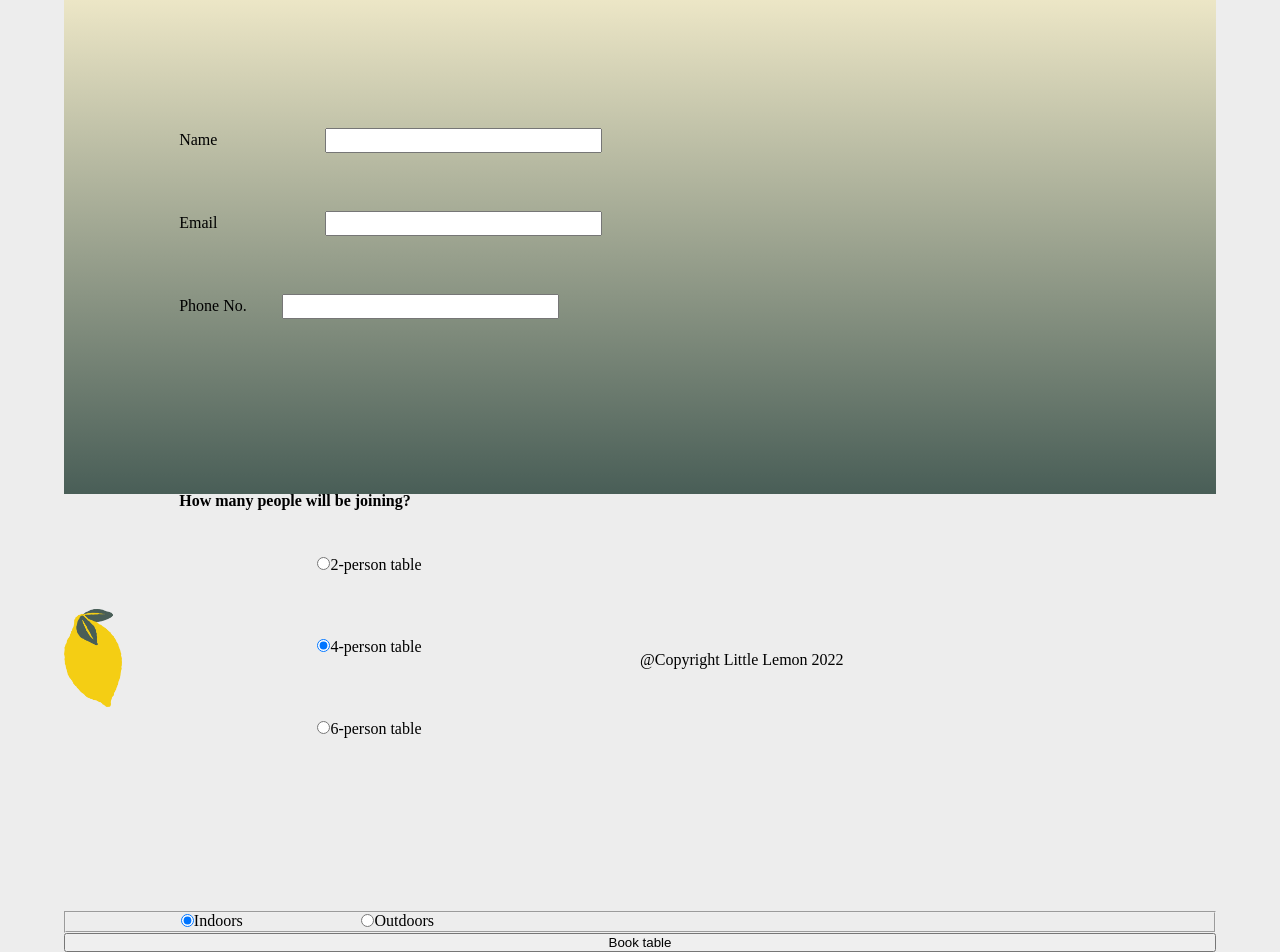
Repository: klone007/littleLemon
Page: index.html
An editor plug-in stored every save of this project. The page is shown before and after the next save, followed by the edit.
The browser window is 1280 px wide. The pictures show the part of the page from y = 3473 to 4425 px (the page is 4425 px tall).
A picture or video elsewhere on the page could not be fetched, so the positions and the page height are approximate. Backgrounds fixed to the window are drawn as part of the page.

Above is the page before, as saved 2022-11-17 13:24:15.

After the next save:
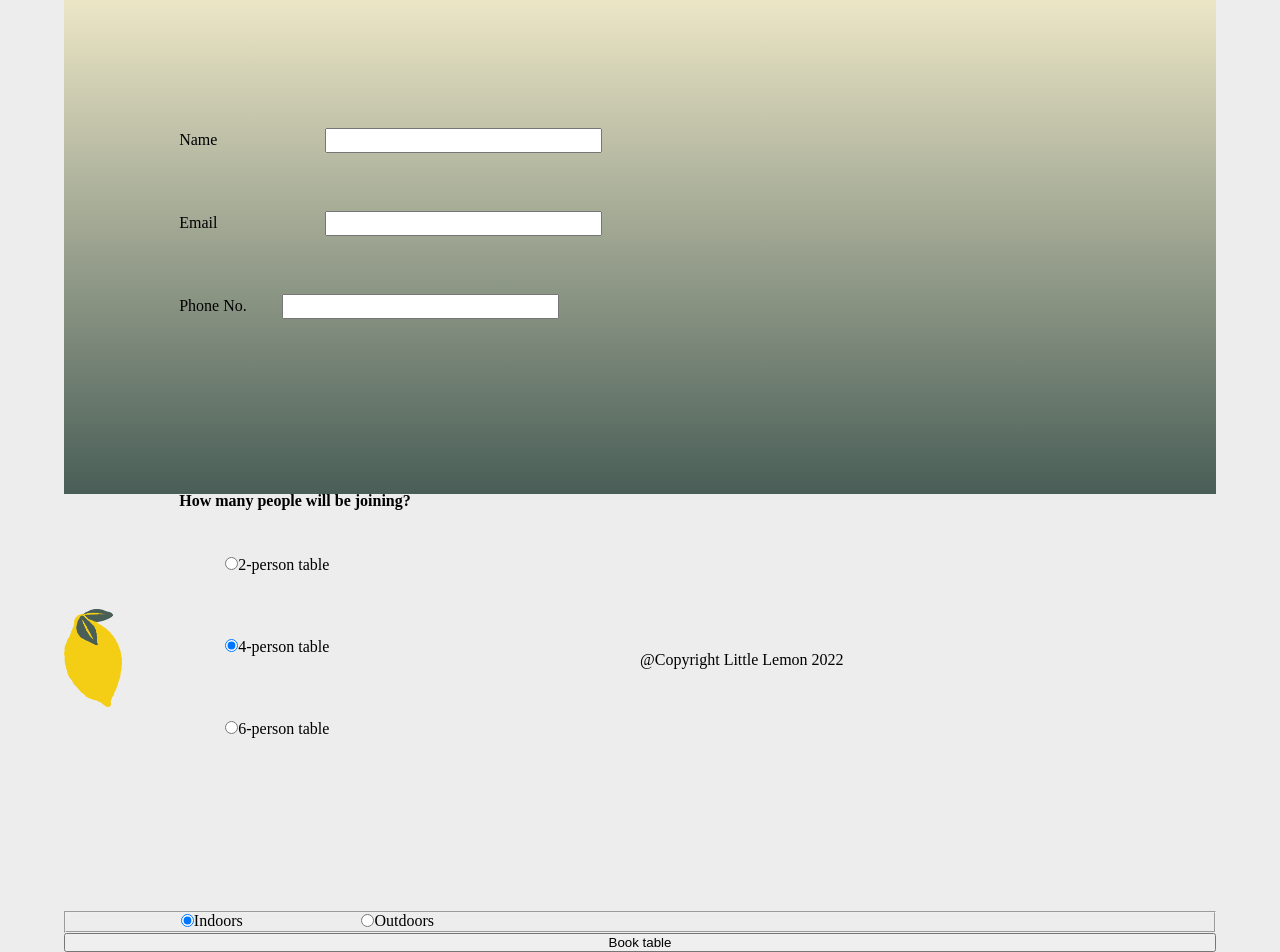
Saved 12 s later.
--- a/styles.css
+++ b/styles.css
@@ -510,7 +510,7 @@
 }
 
 #size label {
-    margin-left:5% ;
+    margin-left:-5% ;
 }
 
 #user_Name{
